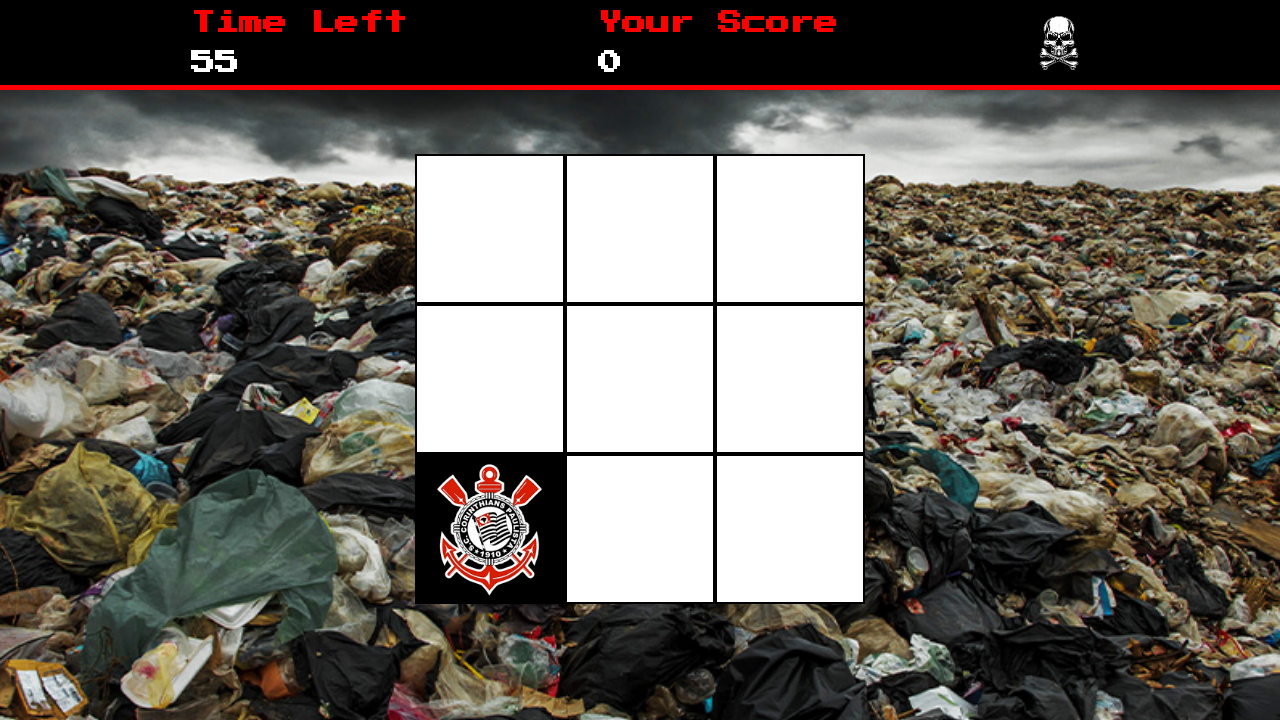
Repository: saulobeltrame/jogo-corinthians
Page: index.html
These files come from the project's save history. The page is drawn as it stood at one moment and after the next save; the edit follows.
The browser window is 1280 px wide. The pictures show the whole page.
Some web fonts or font styles are not loaded; a fallback is used.

Above is the page before, as saved 2024-11-20 22:25:39.

### index.html
<!-- confg -->
<!DOCTYPE html>
<html lang="pt-br">

<head>
    <meta charset="UTF-8">
    <meta name="viewport" content="width=device-width, initial-scale=1.0">
    <title>Elimine o lixo</title>
    <!-- fonts -->
    <link rel="preconnect" href="https://fonts.googleapis.com">
    <link rel="preconnect" href="https://fonts.gstatic.com" crossorigin>
    <link
        href="https://fonts.googleapis.com/css2?family=Cabin:ital,wght@0,400..700;1,400..700&family=Notable&family=Press+Start+2P&family=Raleway:ital,wght@0,100..900;1,100..900&display=swap"
        rel="stylesheet">
    <!-- styles -->
    <link rel="stylesheet" href="./src/styles/reset.css">
    <link rel="stylesheet" href="./src/styles/main.css">
</head>

<body>

    <div class="container">
        <div class="menu">
            <div class="menu-time">
                <h2 style="color: red;">Time Left</h2>
                <h2 id="time-left">0</h2>
            </div>
            <div class="menu-score">
                <h2 style="color: red;">Your Score</h2>
                <h2 id="score">0</h2>

            </div>
            <div class="menu-lives">
                <img src="./src/images/caveira.jpg" height="60px">

            </div>

        </div>

        <div class="panel">
            <div class="panel-row">
                <div class="square enemy" id="1"></div>
                <div class="square" id="2"></div>
                <div class="square" id="3"></div>
            </div>
            <div class="panel-row">
                <div class="square" id="4"></div>
                <div class="square" id="5"></div>
                <div class="square" id="6"></div>
            </div>
            <div class="panel-row">
                <div class="square" id="7"></div>
                <div class="square" id="8"></div>
                <div class="square" id="9"></div>
            </div>
        </div>

    </div>


    <script defer src="./src/scripts/engine.js"></script>
</body>

</html>

### src/styles/reset.css
*{
    margin:0%;
    padding: 0%;
    box-sizing: border-box;
    /*font-family: "Bebas Neue" , sans-serif;*/
    font-family: "Press Start 2P", cursive;
}

### src/styles/main.css
body{
    background-color: #f0f8ff;
}
.container{
    display:flex;
    flex-direction: column;
    height: 100vh;
    background-image: url(../images/20170116_00_lixoindustrial.jpg);
    background-repeat: no-repeat;
    background-size: cover;
}
.menu{
    display: flex;
    justify-content: space-evenly;
    align-items: center;
    margin-bottom: 5%;
    height: 90px;
    width: 100%;
    background-color: #000000;
    color:rgb(255, 255, 255);
    border-bottom: 5px solid #ff0000;
}
.panel{
    display: flex;
    align-items: center;
    justify-content: center;

}
.square{
    height: 150px;
    width: 150px;
    border: 2px solid rgb(0, 0, 0);
    background-color: #ffffff;
}
.enemy{
    background-image: url(../images/f73aea3ffc64c8fed5872ac0e736c656.png);
    background-size:cover;
    background-position: center;

}
.menu-lives{
    display: flex;
    align-items: center;
    justify-content:center;
}
.menu-time h2:nth-child(2),
.menu-score h2:nth-child(2){
    margin-top: 1rem;
}

### src/scripts/engine.js
alert("Para jogar é só clicar no simbolo para elimina-lo, ao final do tempo mostrará sua pontuação");
const state = {
    view: {
        squares: document.querySelectorAll(".square"),
        enemy: document.querySelector(".enemy"),
        timeleft: document.querySelector("#time-left"),
        score: document.querySelector("#score")
    },
    values: {
        gameVelocity: 550,
        hitPosition: 0,
        result: 0,
        currentTime: 60,
    },
    actions:{
        timerId: setInterval(randomSquare, 550),
        countDownTimerId: setInterval(countDown, 1000),
    }
};

function countDown(){
    state.values.currentTime--;
    state.view.timeleft.textContent = state.values.currentTime;

    if(state.values.currentTime <= 0){
        clearInterval(state.actions.countDownTimerId)
        clearInterval(state.actions.timerId)
        alert("Seu tempo acabou! Você eliminou: " + state.values.result + " lixos");
    }
}

function playSound(){
    let audio = new Audio("./src/audios/Tirosniper1.mp3");
    audio.play();
}

function randomSquare() {
    state.view.squares.forEach((square) => {
        square.classList.remove("enemy");
    });

    let randomNumber = Math.floor(Math.random() * 9)
    let randomSquare = state.view.squares[randomNumber]
    randomSquare.classList.add("enemy")
    state.values.hitPosition = randomSquare.id;
}

function moveEnemy() {
    state.values.timerId = setInterval(randomSquare, state.values.gameVelocity);
}
function addListenerHitBox() {
    state.view.squares.forEach((square) => {
        square.addEventListener("mousedown", () => {
            if (square.id === state.values.hitPosition) {
                state.values.result++;
                state.view.score.textContent = state.values.result;
                state.values.hitPosition = null
                playSound();
            }

        })
    })
}

function init() {
    addListenerHitBox();
}


init();

After the next save:
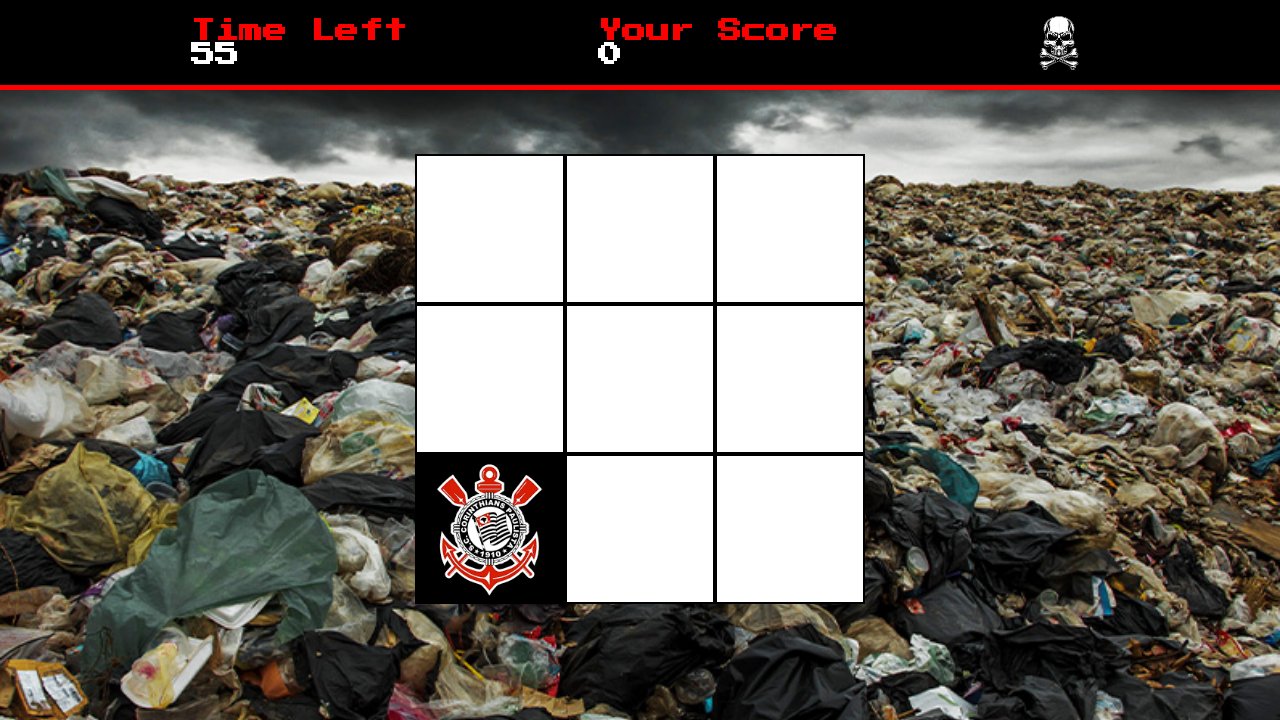
Saved 2 min 54 s later.
--- a/index.html
+++ b/index.html
@@ -1,10 +1,9 @@
-<!-- confg -->
 <!DOCTYPE html>
 <html lang="pt-br">
 
 <head>
     <meta charset="UTF-8">
-    <meta name="viewport" content="width=device-width, initial-scale=1.0">
+    <meta name="viewport" content="width=device-width, initial-scale=1.0, maximum-scale=1.0, user-scalable=no">
     <title>Elimine o lixo</title>
     <!-- fonts -->
     <link rel="preconnect" href="https://fonts.googleapis.com">
@@ -21,17 +20,17 @@
 
     <div class="container">
         <div class="menu">
-            <div class="menu-time">
+            <div class="menu-item">
                 <h2 style="color: red;">Time Left</h2>
                 <h2 id="time-left">0</h2>
             </div>
-            <div class="menu-score">
+            <div class="menu-item">
                 <h2 style="color: red;">Your Score</h2>
                 <h2 id="score">0</h2>
 
             </div>
-            <div class="menu-lives">
-                <img src="./src/images/caveira.jpg" height="60px">
+            <div class="menu-item">
+                <img src="./src/images/caveira.jpg" alt="Caveira" height="60px">
 
             </div>
 
@@ -39,7 +38,7 @@
 
         <div class="panel">
             <div class="panel-row">
-                <div class="square enemy" id="1"></div>
+                <div class="square" id="1"></div>
                 <div class="square" id="2"></div>
                 <div class="square" id="3"></div>
             </div>
